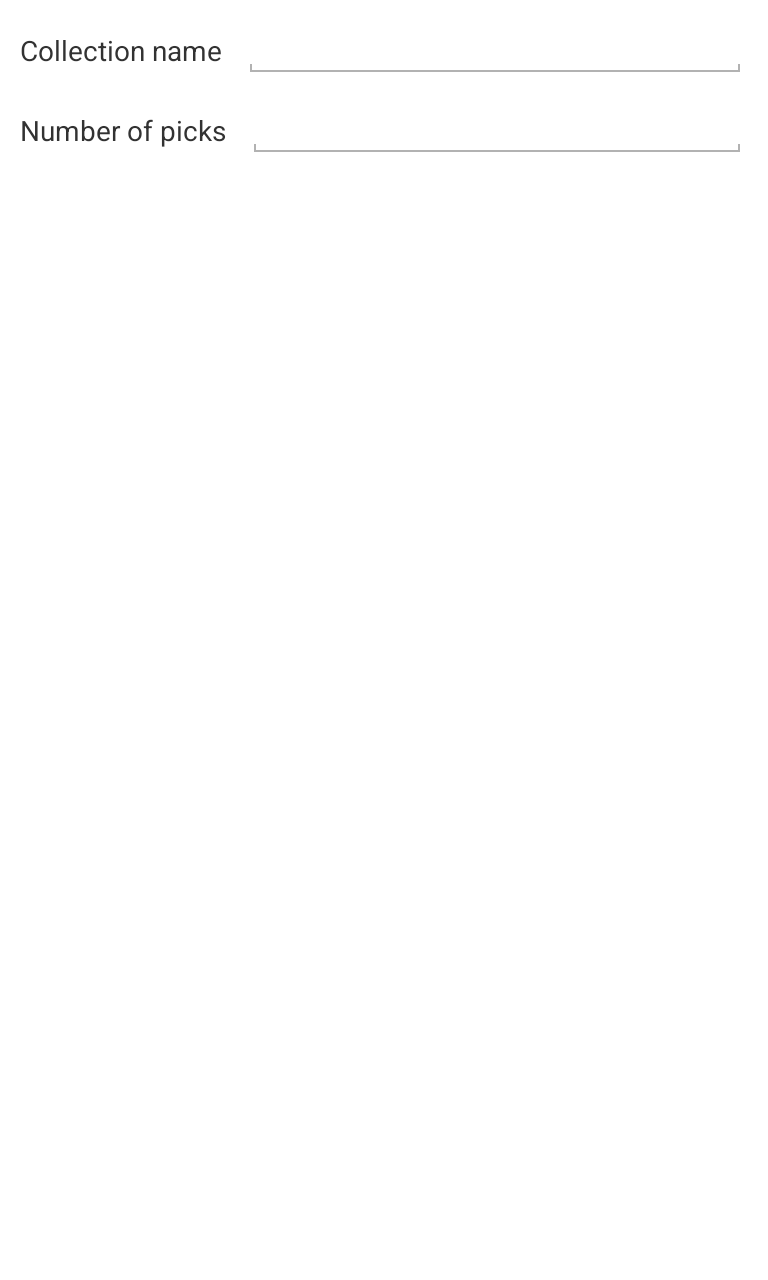
Repository: nqmtuan/RandomRandomizerAndroid
Layout: Workspace/RandomRandomizer/res/layout/create_edit_random_collection.xml
An editor plug-in stored every save of this project. The layout is shown before and after the next save, followed by the edit.
It is drawn on a 768 x 1280 px phone screen (xhdpi) without system bars, with theme AppTheme; the app's code is not run.

Above is the layout before, as saved 2013-07-29 14:42:51.

### Workspace/RandomRandomizer/res/layout/create_edit_random_collection.xml
<?xml version="1.0" encoding="utf-8"?>
<RelativeLayout xmlns:android="http://schemas.android.com/apk/res/android"
    android:layout_width="match_parent"
    android:layout_height="match_parent" >

	<RelativeLayout
	    android:id="@+id/create_random_collection_name_container"
	    android:layout_width="match_parent"
	    android:layout_height="wrap_content"
	    android:layout_marginTop="10dp"
	    >

	    <TextView
	        android:id="@+id/create_random_collection_name_text_view"
	        android:layout_width="wrap_content"
	        android:layout_height="wrap_content"
	        android:text="@string/random_collection_name_label"
	        android:layout_centerVertical="true"
	        android:layout_marginLeft="10dp"
	        />

	    <EditText
	        android:id="@+id/create_random_collection_name_edit_text"
	        android:layout_width="fill_parent"
	        android:layout_height="30dp"
	        android:layout_toRightOf="@+id/create_random_collection_name_text_view"
	        android:layout_marginLeft="10dp"
	        android:layout_marginRight="10dp"
	        />
	</RelativeLayout>

	<RelativeLayout
	    android:id="@+id/create_random_collection_nselection_container"
	    android:layout_width="match_parent"
	    android:layout_height="wrap_content"
	    android:layout_marginTop="10dp"
	    android:layout_below="@+id/create_random_collection_name_container"
	    >

	    <TextView
	        android:id="@+id/create_random_collection_nselection_text_view"
	        android:layout_width="wrap_content"
	        android:layout_height="wrap_content"
	        android:text="@string/random_collection_nselection_label"
	        android:layout_centerVertical="true"
	        android:layout_marginLeft="10dp"
	        />

	    <EditText
	        android:id="@+id/create_random_collection_nselection_edit_text"
	        android:layout_width="fill_parent"
	        android:layout_height="30dp"
	        android:layout_toRightOf="@+id/create_random_collection_nselection_text_view"
	        android:layout_marginLeft="10dp"
	        android:layout_marginRight="10dp"
	        android:inputType="number"
	        />
	</RelativeLayout>



</RelativeLayout>

### Workspace/RandomRandomizer/res/values/strings.xml
<?xml version="1.0" encoding="utf-8"?>
<resources>

    <string name="app_name">Random Randomizer</string>
    <string name="action_settings">Settings</string>
    <string name="hello_world">Hello world!</string>
    <string name="random_collection_name_label">Collection name</string>
    <string name="random_collection_nselection_label">Number of picks</string>
    <string name="random_collection_should_allow_repeat_label">Should allow repeat?</string>

</resources>

Loaded but not shown: Workspace/RandomRandomizer/res/values/styles.xml (common file); Workspace/RandomRandomizer/res/values-v11/styles.xml (common file); Workspace/RandomRandomizer/res/values-v14/styles.xml (common file)

After the next save:
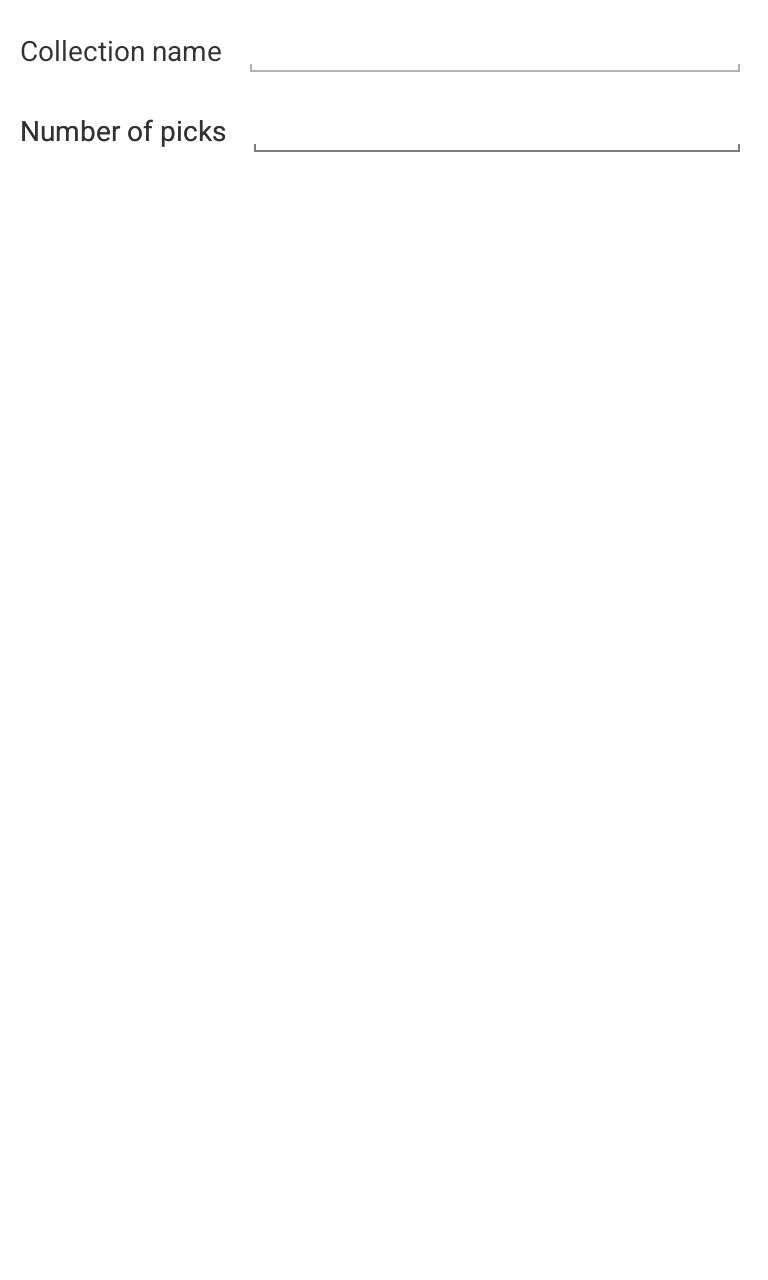
Saved 50 s later.
--- a/Workspace/RandomRandomizer/res/layout/create_edit_random_collection.xml
+++ b/Workspace/RandomRandomizer/res/layout/create_edit_random_collection.xml
@@ -57,6 +57,33 @@
 	        />
 	</RelativeLayout>
 
+	<RelativeLayout
+	    android:id="@+id/create_random_collection_should_allow_repeat_container"
+	    android:layout_width="match_parent"
+	    android:layout_height="wrap_content"
+	    android:layout_marginTop="10dp"
+	    android:layout_below="@+id/create_random_collection_name_container"
+	    >
+
+	    <TextView
+	        android:id="@+id/create_random_collection_nselection_text_view"
+	        android:layout_width="wrap_content"
+	        android:layout_height="wrap_content"
+	        android:text="@string/random_collection_nselection_label"
+	        android:layout_centerVertical="true"
+	        android:layout_marginLeft="10dp"
+	        />
+
+	    <EditText
+	        android:id="@+id/create_random_collection_nselection_edit_text"
+	        android:layout_width="fill_parent"
+	        android:layout_height="30dp"
+	        android:layout_toRightOf="@+id/create_random_collection_nselection_text_view"
+	        android:layout_marginLeft="10dp"
+	        android:layout_marginRight="10dp"
+	        android:inputType="number"
+	        />
+	</RelativeLayout>
 
 
 </RelativeLayout>
